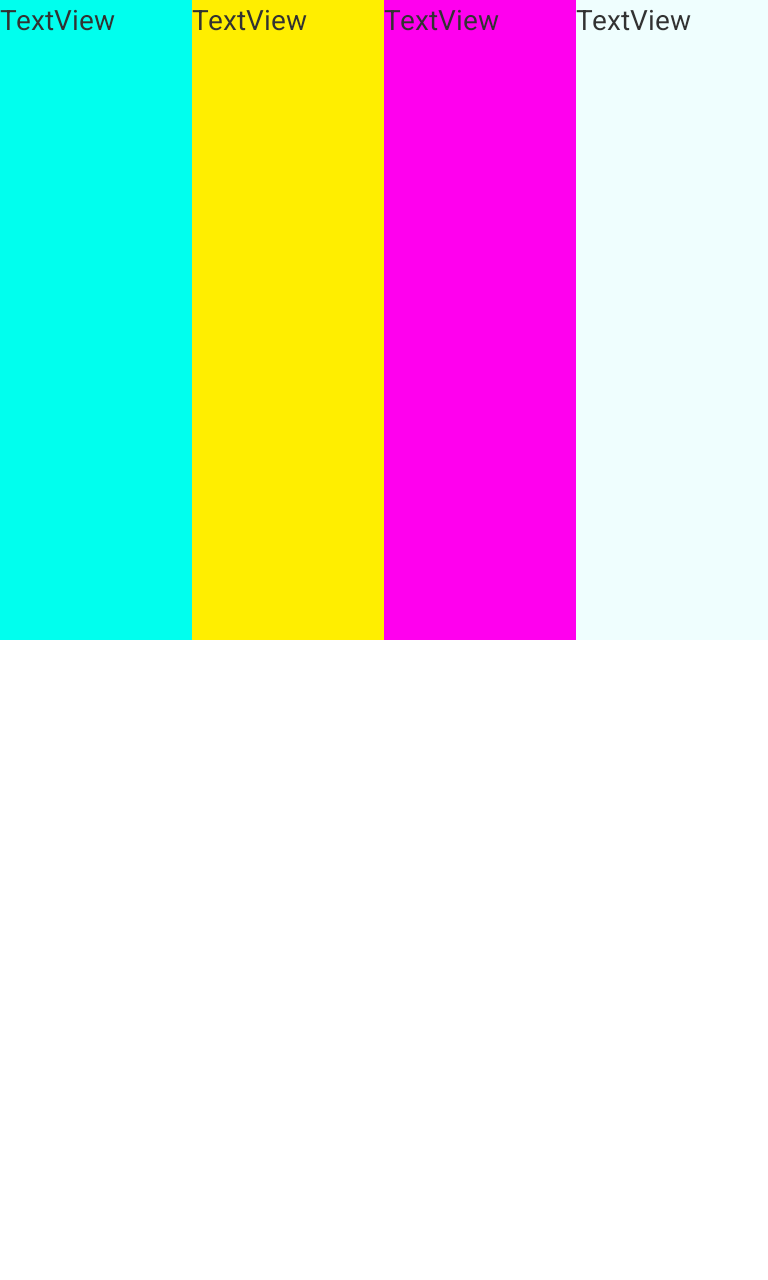
Repository: IvyZh/hm66
Layout: 黑马项目/res/layout/activity_framelayout.xml
An editor plug-in stored every save of this project. The layout is shown before and after the next save, followed by the edit.
It is drawn on a 768 x 1280 px phone screen (xhdpi) without system bars, with theme AppTheme; the app's code is not run.

Above is the layout before, as saved 2016-05-16 10:29:22.

### 黑马项目/res/layout/activity_framelayout.xml
<LinearLayout xmlns:android="http://schemas.android.com/apk/res/android"
    xmlns:tools="http://schemas.android.com/tools"
    android:layout_width="match_parent"
    android:layout_height="match_parent"
    android:orientation="vertical" >

    <LinearLayout
        android:layout_width="match_parent"
        android:layout_height="0dp"
        android:layout_weight="1"
        android:orientation="horizontal" >

        <TextView
            android:layout_width="0dp"
            android:layout_height="match_parent"
            android:layout_weight="1"
            android:background="#00ffee"
            android:text="TextView" />
        <TextView
            android:layout_width="0dp"
            android:layout_height="match_parent"
            android:layout_weight="1"
            android:background="#ffee00"
            android:text="TextView" />
        <TextView
            android:layout_width="0dp"
            android:layout_height="match_parent"
            android:layout_weight="1"
            android:background="#ff00ee"
            android:text="TextView" />
        <TextView
            android:layout_width="0dp"
            android:layout_height="match_parent"
            android:layout_weight="1"
            android:background="#effefe"
            android:text="TextView" />
    </LinearLayout>

    <LinearLayout
        android:layout_width="match_parent"
        android:layout_height="0dp"
        android:layout_weight="1"
        android:orientation="vertical" >
    </LinearLayout>

</LinearLayout>

Loaded but not shown: 黑马项目/res/values/styles.xml (common file); 黑马项目/res/values-v11/styles.xml (common file); 黑马项目/res/values-v14/styles.xml (common file)

After the next save:
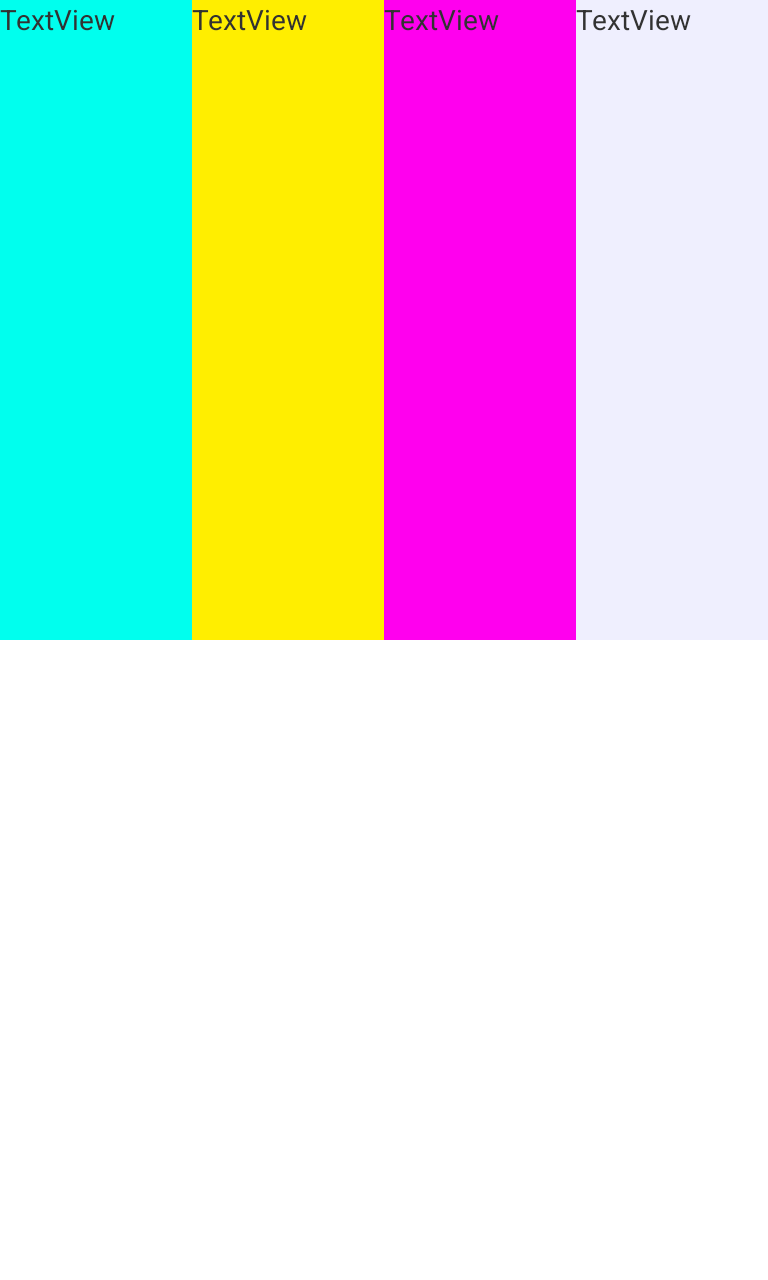
Saved 20 s later.
--- a/黑马项目/res/layout/activity_framelayout.xml
+++ b/黑马项目/res/layout/activity_framelayout.xml
@@ -32,7 +32,7 @@
             android:layout_width="0dp"
             android:layout_height="match_parent"
             android:layout_weight="1"
-            android:background="#effefe"
+            android:background="#efeffe"
             android:text="TextView" />
     </LinearLayout>
 
